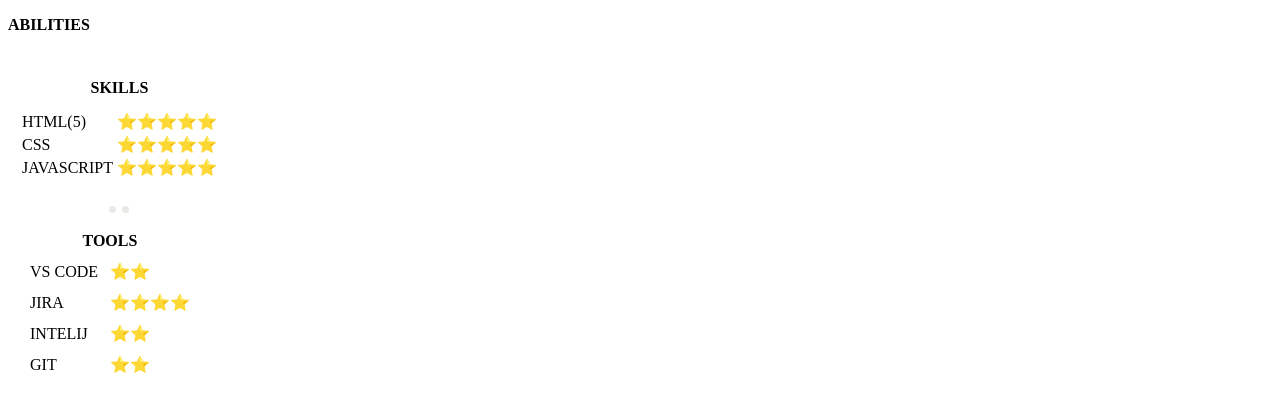
Repository: ew-code/Web-Development
Page: HTML - Personal Site/abilities.html
These files come from the project's save history. The page is drawn as it stood at one moment and after the next save; the edit follows.
The browser window is 1280 px wide. The pictures show the whole page.

Above is the page before, as saved 2021-01-06 22:24:30.

After the next save:
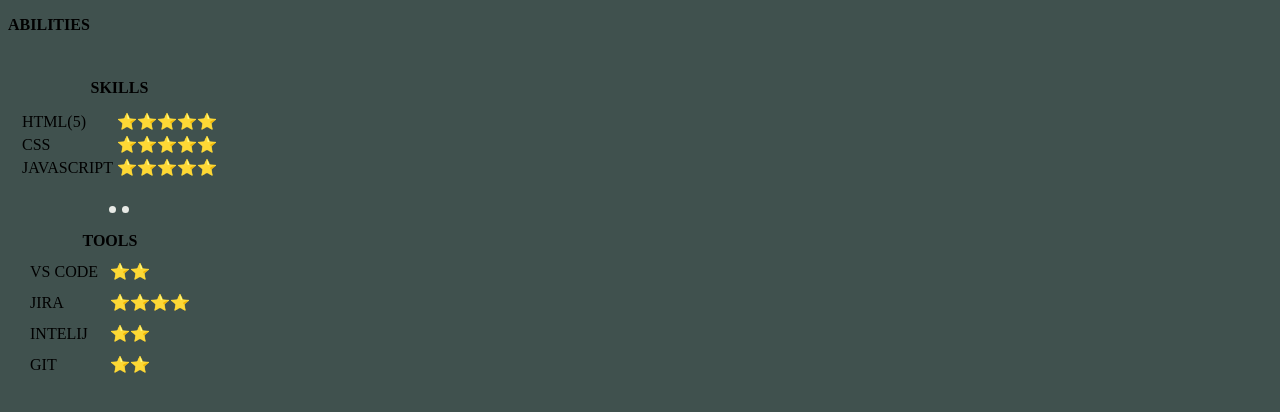
Saved 35 s later.
--- a/HTML - Personal Site/css/styles.css
+++ b/HTML - Personal Site/css/styles.css
@@ -1,5 +1,5 @@
   body {
-      background-color: white;
+      background-color: #40514E;
   }
 
 h1 {

After the save that followed:
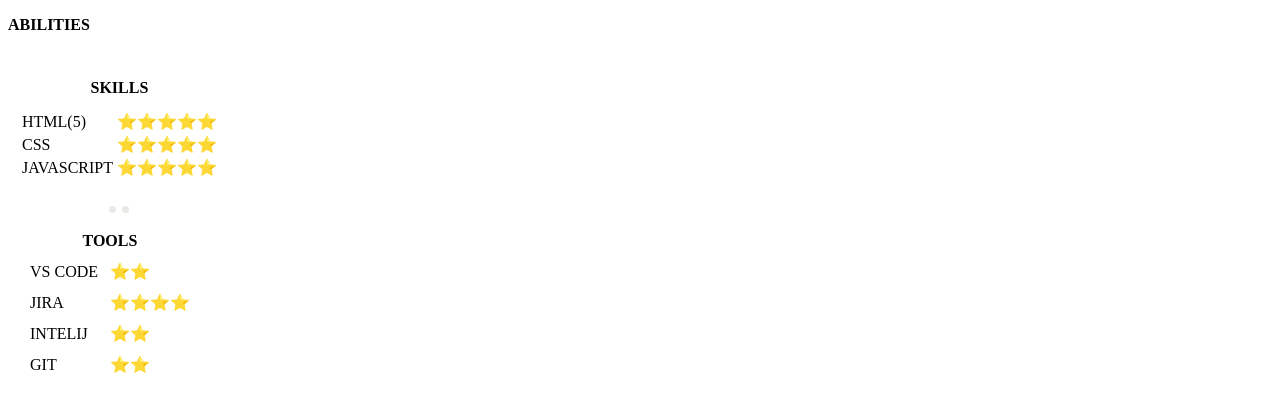
Saved 22 s later.
--- a/HTML - Personal Site/css/styles.css
+++ b/HTML - Personal Site/css/styles.css
@@ -1,5 +1,5 @@
   body {
-      background-color: #40514E;
+      background-color: white;
   }
 
 h1 {
